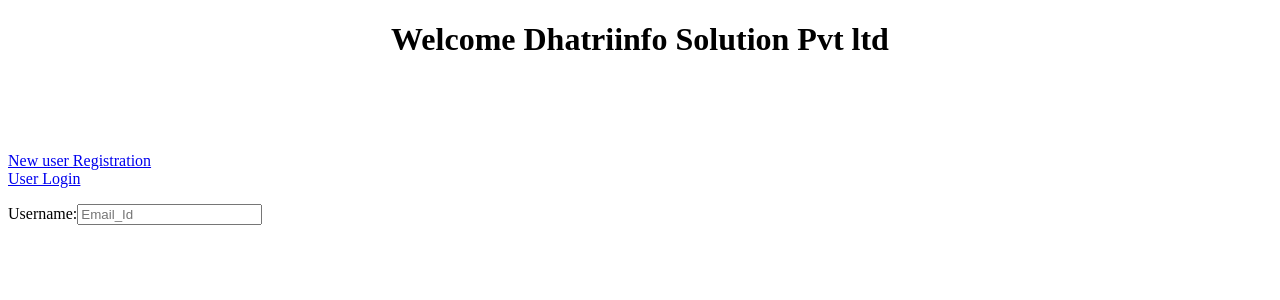
Repository: AbubakarShaik/Java_J2EE_Project
Page: com.testprojectServlet/WebContent/index.html
An editor plug-in stored every save of this project. The page is shown before and after the next save, followed by the edit.
The browser window is 1280 px wide. The pictures show the whole page.

Above is the page before, as saved 2016-12-22 07:30:40.

### com.testprojectServlet/WebContent/index.html
<!DOCTYPE html>
<html>
<head>
<meta charset="ISO-8859-1">

</head>

<body>
<center>
<h1>Welcome Dhatriinfo Solution Pvt ltd </h1>
</center>
<br>
</br>
<br>
</br>



<a href="Registration.jsp"> New user Registration</a><br>
<a href="login.jsp"> <right>User Login</right></a>
<br>


<p align="right"></p>
<td>Username:<input type="text" name="Username" placeholder="Email_Id"></td>

</body>
</html>

After the next save:
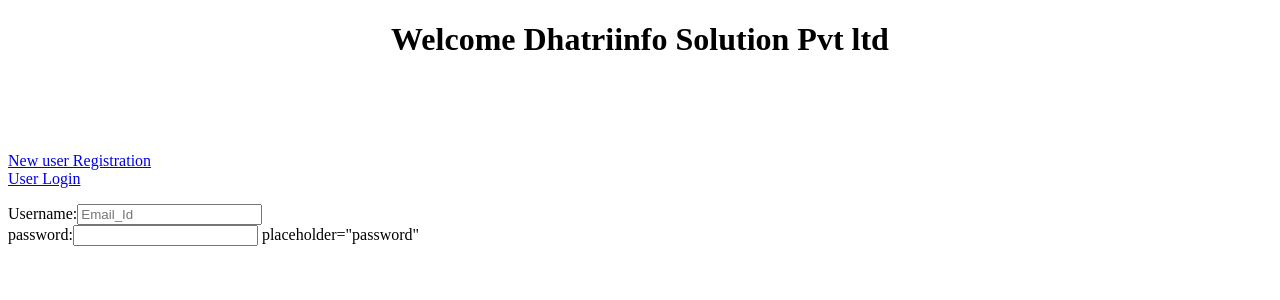
Saved 4 min 37 s later.
--- a/com.testprojectServlet/WebContent/index.html
+++ b/com.testprojectServlet/WebContent/index.html
@@ -22,7 +22,7 @@
 
 
 <p align="right"></p>
-<td>Username:<input type="text" name="Username" placeholder="Email_Id"></td>
-
+<td>Username:<input type="text" name="Username" placeholder="Email_Id"></td></br>
+<td>password:<input type="text" name="password"> placeholder="password"</td>
 </body>
 </html>
